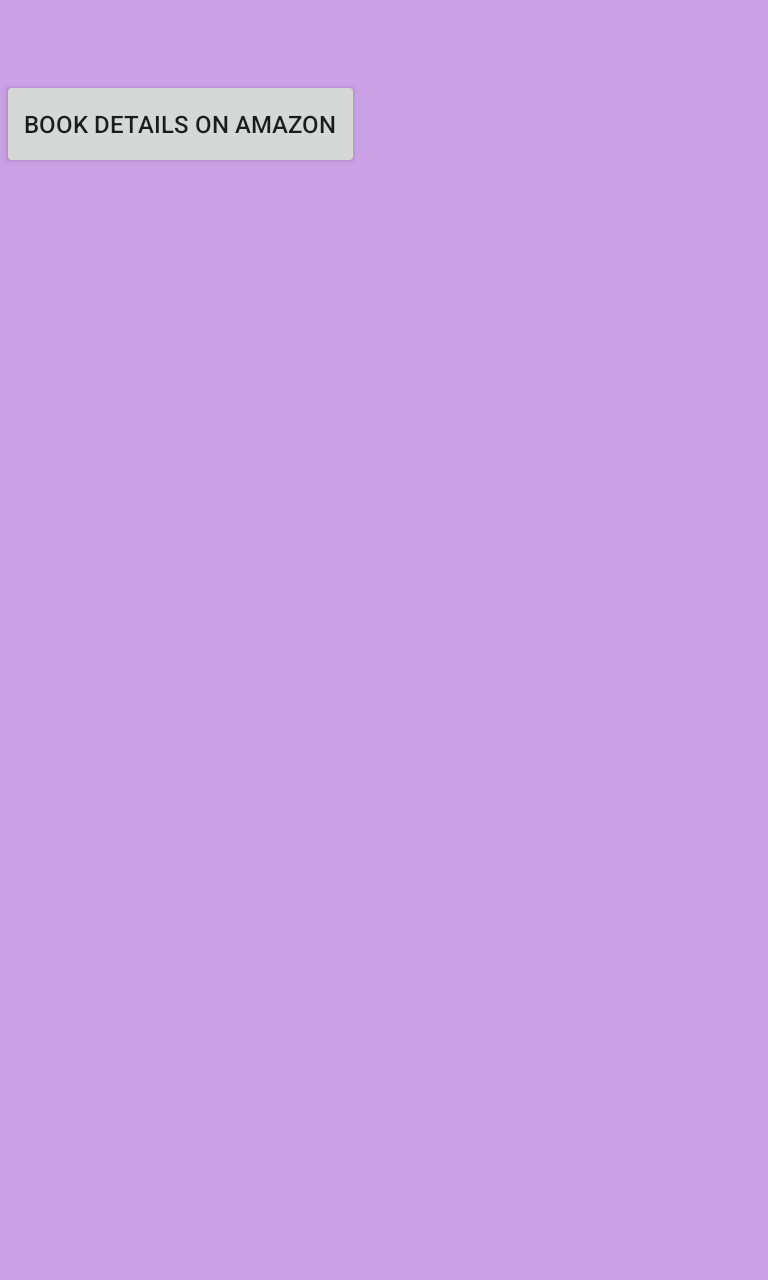
Repository: arianaantonio/MDF3_Antonio
Layout: Readable/res/layout/widget_layout.xml
An editor plug-in stored every save of this project. The layout is shown before and after the next save, followed by the edit.
It is drawn on a 768 x 1280 px phone screen (xhdpi) without system bars, with theme AppTheme; the app's code is not run.

Above is the layout before, as saved 2014-08-20 06:40:18.

After the next save:
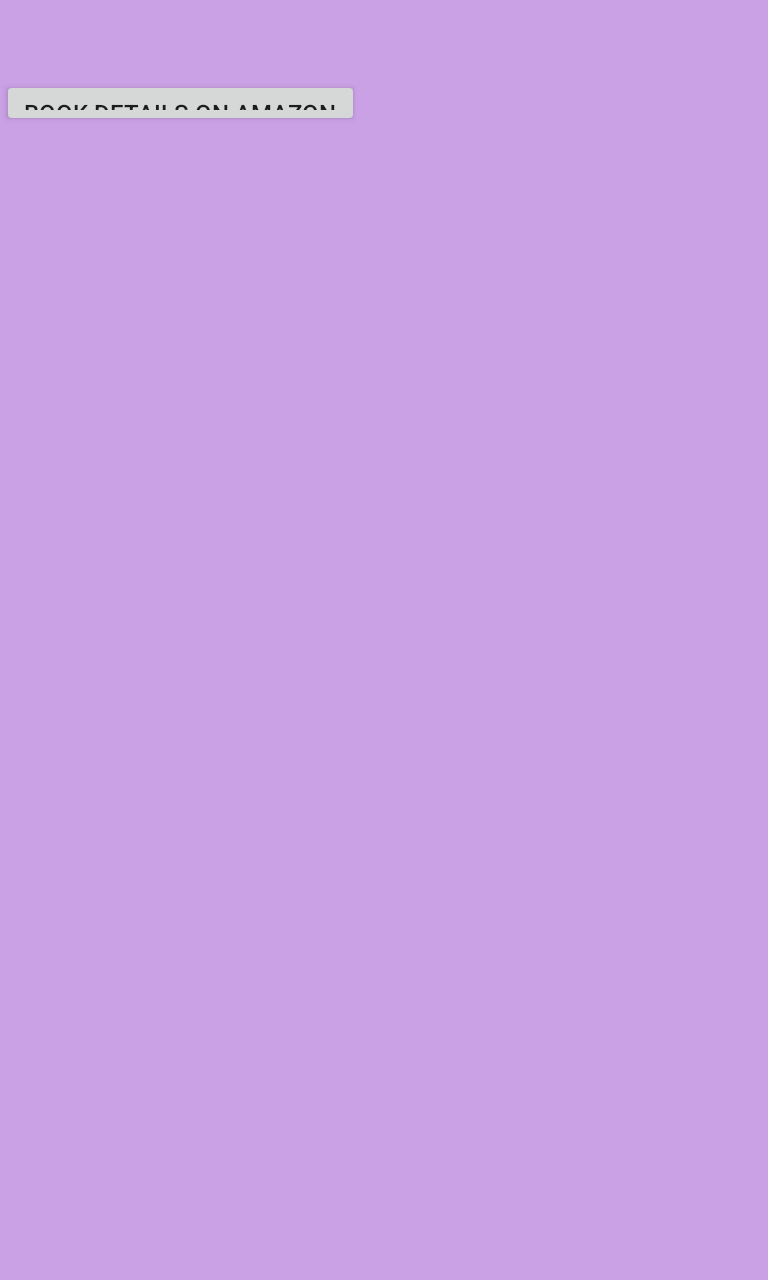
Saved 2 min 1 s later.
--- a/Readable/res/layout/widget_layout.xml
+++ b/Readable/res/layout/widget_layout.xml
@@ -36,7 +36,7 @@
         <Button
             android:id="@+id/button1"
             android:layout_width="wrap_content"
-            android:layout_height="wrap_content"
+            android:layout_height="27dp"
             android:text="@string/widget_button"
             android:textSize="12sp" />
 
